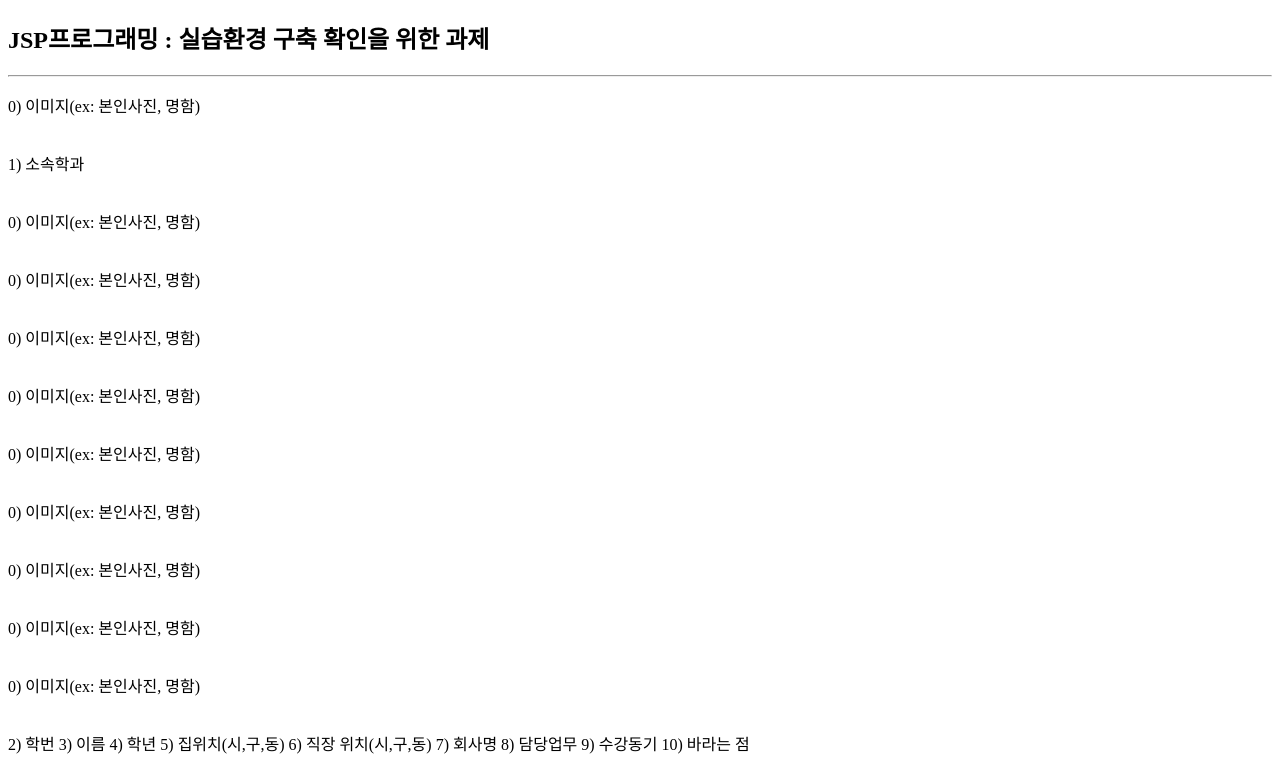
Repository: jiyoung510/JAVA-learning-examples
Page: http://localhost/jspbook/ch01/HelloWorld.jsp
These files come from the project's save history. The page is drawn as it stood at one moment and after the next save; the edit follows.
The browser window is 1280 px wide. The pictures show the whole page.
The page is served by Tomcat 9.

Above is the page before, as saved 2022-09-25 01:39:26.

After the next save:
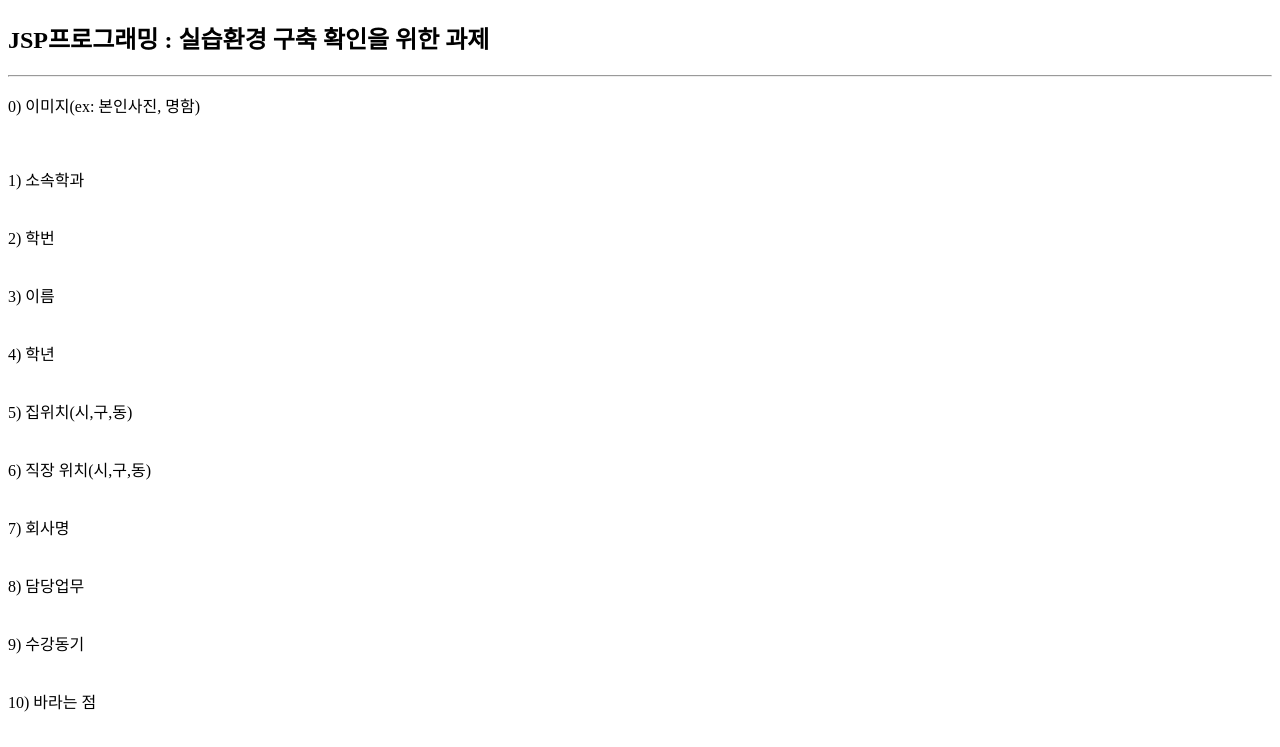
Saved 113 s later.
--- a/jspbook/WebContent/ch01/HelloWorld.jsp
+++ b/jspbook/WebContent/ch01/HelloWorld.jsp
@@ -10,26 +10,16 @@
 <body>
 	<h2>JSP프로그래밍 : 실습환경 구축 확인을 위한 과제</h2>
 	<hr>
-	<p><span style="display:block">0) 이미지(ex: 본인사진, 명함)</span><img src=""></p>
+	<div><p>0) 이미지(ex: 본인사진, 명함)</p><img src=""></div>
 	<p><span style="display:block">1) 소속학과</span><img src=""></p>
-	<p><span style="display:block">0) 이미지(ex: 본인사진, 명함)</span><img src=""></p>
-	<p><span style="display:block">0) 이미지(ex: 본인사진, 명함)</span><img src=""></p>
-	<p><span style="display:block">0) 이미지(ex: 본인사진, 명함)</span><img src=""></p>
-	<p><span style="display:block">0) 이미지(ex: 본인사진, 명함)</span><img src=""></p>
-	<p><span style="display:block">0) 이미지(ex: 본인사진, 명함)</span><img src=""></p>
-	<p><span style="display:block">0) 이미지(ex: 본인사진, 명함)</span><img src=""></p>
-	<p><span style="display:block">0) 이미지(ex: 본인사진, 명함)</span><img src=""></p>
-	<p><span style="display:block">0) 이미지(ex: 본인사진, 명함)</span><img src=""></p>
-	<p><span style="display:block">0) 이미지(ex: 본인사진, 명함)</span><img src=""></p>
-
-	2) 학번
-	3) 이름
-	4) 학년
-	5) 집위치(시,구,동)
-	6) 직장 위치(시,구,동)
-	7) 회사명
-	8) 담당업무
-	9) 수강동기
-	10) 바라는 점
+	<p><span style="display:block">2) 학번</span><img src=""></p>
+	<p><span style="display:block">3) 이름</span><img src=""></p>
+	<p><span style="display:block">4) 학년</span><img src=""></p>
+	<p><span style="display:block">5) 집위치(시,구,동)</span><img src=""></p>
+	<p><span style="display:block">6) 직장 위치(시,구,동)</span><img src=""></p>
+	<p><span style="display:block">7) 회사명</span><img src=""></p>
+	<p><span style="display:block">8) 담당업무</span><img src=""></p>
+	<p><span style="display:block">9) 수강동기</span><img src=""></p>
+	<p><span style="display:block">10) 바라는 점</span><img src=""></p>
 </body>
 </html>
